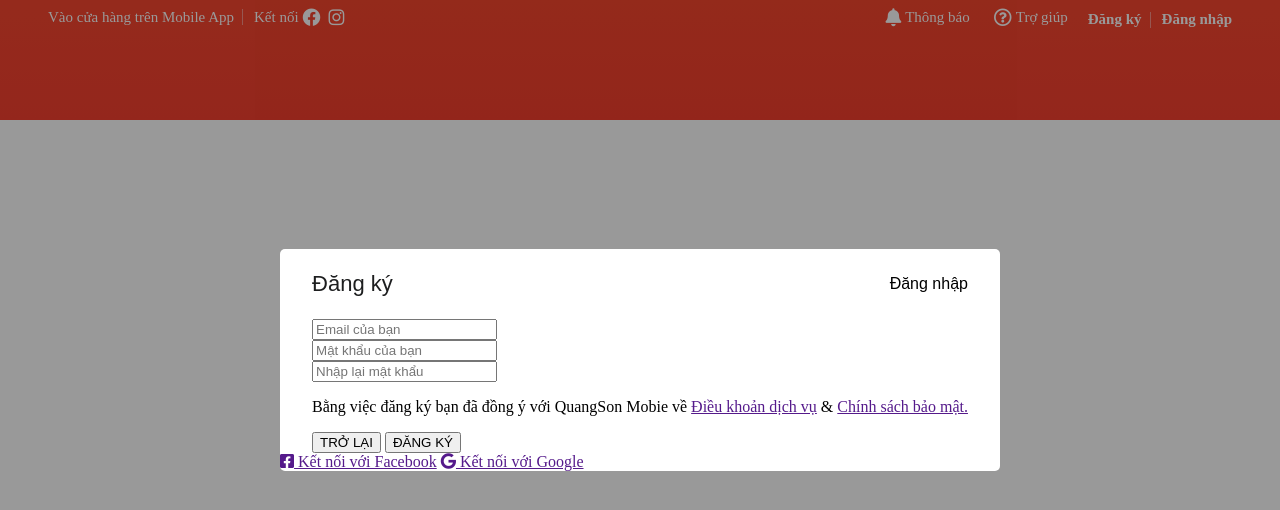
Repository: Qson412/BTL_Web
Page: index.html
The author's editor kept a copy of each file at every save. The page is drawn from the files as they stood at one save, then again after the next save.
The browser window is 1280 px wide. The pictures show the whole page.

Above is the page before, as saved 2021-11-29 11:13:05.

### index.html
<!DOCTYPE html>
<html lang="en">

<head>
    <meta charset="UTF-8">
    <meta http-equiv="X-UA-Compatible" content="IE=edge">
    <meta name="viewport" content="width=device-width, initial-scale=1.0">
    <link rel="stylesheet" href="./base.css">
    <link rel="stylesheet" href="./main.css">
    <link rel="stylesheet" href="./fontawesome-free-5.15.4-web/css/all.min.css">
    <title>Trang trủ</title>
</head>

<body>
    <div class="app">
        <!-- HEADER -->
        <header class="header">
            <div class="grid">
                <nav class="header__navbar">
                    <ul class="header__navbar-list">
                        <li class="header__navbar-item header__navbar-item--has-qr header__navbar-item--separate">
                            Vào cửa hàng trên Mobile App
                            <!--Link Dowloads App in QR, GG Play and AppStore-->
                            <div class="header__qr">
                                <img src="./uploads/qr_code.png" alt="QR code" class="header__qr-img">
                                <div class="header__qr-app">
                                    <!--Link Dowloads App in GG Play-->
                                    <a href="https://play.google.com/store/apps/details?id=com.shopee.vn&hl=vi&gl=US"
                                        class="header__qr-link"><img src="./uploads/gg_play.png" alt="Google Play"
                                            class="header__qr-dowloads-img"></a>
                                    <!--Link Dowloads App in AppStore-->
                                    <a href="https://apps.apple.com/vn/app/id959841449" class="header__qr-link"><img
                                            src="./uploads/appstore.png" alt="App Store"
                                            class="header__qr-dowloads-img"></a>
                                </div>
                            </div>
                        </li>
                        <li class="header__navbar-item">
                            <span class="header__navbar-title--no-poiter">Kết nối</span>
                            <a href="https://www.facebook.com/" class="header__navbar-icon-link"><i
                                    class="header__navbar-icon fab fa-facebook"></i></a>
                            <a href="https://www.instagram.com/" class="header__navbar-icon-link"><i
                                    class="header__navbar-icon fab fa-instagram"></i></a>
                        </li>
                    </ul>

                    <ul class="header__navbar-list">
                        <li class="header__navbar-item header__navbar-item--has-notify"><a href="" class="header__navbar-item-link">
                                <i class="header__navbar-icon fas fa-bell"></i>
                                Thông báo</a>
                                <!-- Header Notification-->
                                <div class="header__notify">
                                    <header class="header__notify-header">
                                        <h3> Thông báo mới nhận</h3>
                                    </header>
                                    <ul class="header__notify-list">
                                        <li class="header__notify-item header__notify-item--viewed">
                                            <a href="" class="header__notify-link">
                                                <img src="https://cf.shopee.vn/file/3096ba0dd1902385608dca97184bb28b_tn" alt="" class="header__notify-img">
                                                <div class="header__notify-info">
                                                    <span class="header__notify-name">
                                                        Dòng điện thoại SamSung chính hãng vừa ra mắt. </span>
                                                    <span class="header__notify-descriotion">
                                                        Mô tả: SamSung Galaxy Z Fold3 5G.
                                                    </span>
                                                </div>
                                            </a>
                                        </li>

                                        <li class="header__notify-item header__notify-item--viewed">
                                            <a href="" class="header__notify-link">
                                                <img src="https://cf.shopee.vn/file/98a817a6d4d54cbe3c3f241815fc9c8f" alt="" class="header__notify-img">
                                                <div class="header__notify-info">
                                                    <span class="header__notify-name">
                                                        Siêu sale hàng chính hãng cùng Oppo </span>
                                                    <span class="header__notify-descriotion">
                                                        Mô tả: OPPO RENO 6(8GB | 128GB) - Hàng chính hãng.
                                                    </span>
                                                </div>
                                            </a>
                                        </li>

                                        <li class="header__notify-item header__notify-item--viewed">
                                            <a href="" class="header__notify-link">
                                                <img src="https://cf.shopee.vn/file/cd2c1b70c092a7ce16bf17bdd33a638e" alt="" class="header__notify-img">
                                                <div class="header__notify-info">
                                                    <span class="header__notify-name">
                                                        Xiaomi đang giảm giá dòng sản phẩm mới với giá cực sốc.</span>
                                                    <span class="header__notify-descriotion">
                                                        Mô tả: Xiaomi Redmi 10(4GB|128GB) - Hàng chính hãng.
                                                    </span>
                                                </div>
                                            </a>
                                        </li>
                                    </ul>
                                    <footer class="header__notify-footer">
                                        <a href="" class="header__notify-footer-btn">Xem tất cả</a>
                                    </footer>
                                </div>
                        </li>
                        <li class="header__navbar-item"><a href="" class="header__navbar-item-link">
                                <i class="header__navbar-icon far fa-question-circle"></i>
                                Trợ giúp</a>
                        </li>
                        <li class="header__navbar-item header__navbar-item--strong header__navbar-item--separate">Đăng
                            ký</li>
                        <li class="header__navbar-item header__navbar-item--strong">Đăng nhập</li>
                    </ul>
                </nav>
            </div>

        </header>

        <div class="container">

        </div>

        <footer class="footer">

        </footer>
    </div>
    <!-- Modal Body-->
    <div class="modal">
        <div class="modal__overlay"> </div>

        <div class="modal__body">
            <div class="modal__inner">
               <!-- Regiser/Login Form-->
               <div class="auth-form">
                   <div class="auth-form__container">
                    <div class="auth-form__header">
                        <h3 class="auth-form__heading">Đăng ký</h3>
                        <span class="auth-form__switch-btn">Đăng nhập</span>
                    </div>

                    <div class="auth-form__form">
                        <div class="auth-form__group">
                            <input type="text" class="auth-form__input" placeholder="Email của bạn">
                        </div>
                        <div class="auth-form__group">
                            <input type="password" class="auth-form__input" placeholder="Mật khẩu của bạn">
                        </div>
                        <div class="auth-form__group">
                            <input type="password" class="auth-form__input" placeholder="Nhập lại mật khẩu">
                        </div>
                    </div>
                    <div class="auth-form__aside">
                        <p class="auth-form__policy-text">Bằng việc đăng ký bạn đã đồng ý với QuangSon Mobie về
                        <a href="" class="auth-form__policy-link">Điều khoản dịch vụ</a> &
                        <a href="" class="auth-form__policy-link">Chính sách bảo mật.</a>
                        </p>
                    </div>
                    <div class="auth-form__controls">
                        <button class="btn">TRỞ LẠI</button>
                        <button class="btn btn--primary">ĐĂNG KÝ</button>
                    </div>
                   </div>

                    <div class="auth-form__socials">
                        <a href="" class="btn btn--with-icon">
                            <i class="fab fa-facebook-square"></i>
                            Kết nối với Facebook</a>
                        <a href="" class="btn btn--with-icon">
                            <i class="fab fa-google"></i>
                            Kết nối với Google</a>
                    </div>
               </div>
            </div>
        </div>
    </div>
</body>

</html>

### base.css
body{
    margin: 0;
    padding: 0;
}
.grid{
    width: 1200px;
    max-width: 100%;
    margin: 0 auto;
}

/* Animation */
@keyframes fadeIn{
    from{
        opacity: 0;
    }
    to{
        opacity: 1;
    }
}
/* Bien ma mau*/
:root{
    --primary-color: #ee4d2d;
}

/* Modal */
.modal{
    position: fixed;
    top: 0;
    right: 0;
    left: 0;
    bottom: 0;
    display: flex;
}

.modal__overlay{
    position: absolute;
    width: 100%;
    height: 100%;
    background-color: rgba(0,0,0, 0.4);
}

.modal__body{
    z-index: 1;
    position: relative;
   background-color: white;
    margin: auto;
    border-radius: 5px;
}

### main.css
.header{

    height: 120px;
    background-image: linear-gradient(0, #f63f2e, #f7462e);
}
.header__navbar{
    display: flex;
    justify-content: space-between;
}
.header__navbar-list{
    list-style: none;
    padding-left: 0;
    margin-top: 4px;
}

.header__navbar-icon-link{
    color: white;
    text-decoration: none;
}

.header__navbar-icon{
    font-size: 18px;
    margin: 0 4px;
}
.header__navbar-item{
    margin: 0 8px ;
    position: relative;
    min-height: 26px;
}
.header__navbar-item--has-qr:hover .header__qr{
    display: block;
}
.header__navbar-item--has-notify:hover .header__notify{
    display: block;
}
.header__navbar-item,
.header__navbar-item-link{
    display: inline-block;
    font-size: 15px;
    color: white;
    text-decoration: none;
   font-family: 'Times New Roman', Times, serif;
}
.header__navbar-item:hover,
.header__navbar-icon-link:hover,
.header__navbar-item-link:hover{
    cursor: pointer;
    color: rgba(255, 255, 255, 0.7);
}

.header__navbar-item,
.header__navbar-item-link,
.header__navbar-icon-link{
    display: inline-flex;
    align-items: center;
}
.header__navbar-item--strong{
    font-weight: 900;
}

.header__navbar-item--separate::after{
    content: "";
    display: block;
    position: absolute;
    border-left: 1px solid #FB9086;
    height: 16px;
    right: -9px;
    top: 50%;
    transform: translateY(-50%);
}

.header__navbar-title--no-poiter{
    cursor: text;
    color: white;
}

/* Header QR code */
.header__qr{
    width: 175px;
    background-color: white ;
    position: absolute;
    left: 0;
    top: 118%;
    padding: 8px;
    border-radius: 2px;
    display: none;
    animation: fadeIn ease-in 0.5s;
}
.header__qr::before{
    position: absolute;
    left: 0;
    top: -16px;
    width: 100%;
    height: 20px;
    content: "";
    display: block;
}
.header__qr-img{
    width: 100%;
}

.header__qr-app{
    display: flex;
    justify-content: space-between;
    /* width: 100%;*/
}

.header__qr-link:nth-child(1){
    margin-left: 11px;
}
.header__qr-link:nth-child(2){
    margin-right: 11px;
}
.header__qr-dowloads-img{
    height: 16px;
}
/* HEADER NOTI.fication */
.header__notify{
    position: absolute;
    top: 118%;
    width: 404px;
    border: 1px solid #d3d3d3;
    background-color: white;
    right: 0;
    cursor: default;
    transform-origin: calc(100% - 20px) top ;
    animation: headerNotifyGrowth ease-in 0.2s;
    /* Mo rong animation trong truong hop 1 so Web không ho tro Animation */
    -webkit-animation: headerNotifyGrowth ease-in 0.2s;
    will-change: opacity, transform;
    display: none;
}

.header__notify::before{
    content: "";
    border-width: 20px 27px;
    border-style: solid;
    border-color: transparent transparent white transparent;
    position: absolute;
    right: 4px;
    top: -28px;
}

.header__notify::after{
    content: "";
    display: block;
    position: absolute;
    width: 90px;
    height: 20px;
    right: 0;
    top: -16px;
}
@keyframes headerNotifyGrowth{
    from{
        opacity: 0;
        transform: scale(0);
    }
    to{
        opacity: 1;
        transform: scale(1);
    }
}
.header__notify-header{
    height: 40px;
    background-color: white;
}

.header__notify-header h3{
    color: #999;
    margin:0 0 0 12px;
    font-weight: 400;
    font-size: 15px;
    line-height: 40px;
    user-select: none;
}

.header__notify-list{
    padding-left: 0;
}

.header__notify-item{
    display: flex;
}

.header__notify-item:hover{
    background-color: #f7f7f7;
}
.header__notify-item--viewed{
    background-color: rgb(238, 75, 43 , 0.08);
}

.header__notify-link{
    display: flex;
    width: 100%;
    padding: 12px;
    text-decoration: none;
    background-color: rgb(238, 77, 45 , 0.08);
}

.header__notify-img{
    width: 50px;
    object-fit: contain;
}

.header__notify-info{
    margin-left: 12px;
}

.header__notify-name{
    display:block;
    font-size: 14px;
    color: black;
    font-weight: 400;
    line-height: 1.2rem;
}

.header__notify-descriotion{
    display: block;
    font-size: 12px;
    color: #756f6e;
    line-height: 1.6rem;
}

.header__notify-footer{
    display: flex;
}

.header__notify-footer-btn{
    text-decoration: none;
    color: #272626;
    width: 100%;
    padding: 8px 0;
    text-align: center;
}

/* Authel Modal */
.auth-form__container{
    padding: 0 32px;
}

.auth-form__header{
    display: flex;
    align-items: center;
    justify-content: space-between;
    font-family: Arial, Helvetica, sans-serif;
}

.auth-form__heading{
    font-size: 22px;
    font-weight: 500;
    color: rgb(29, 30, 31);
}

Loaded but not shown: fontawesome-free-5.15.4-web/css/all.min.css (library)

After the next save:
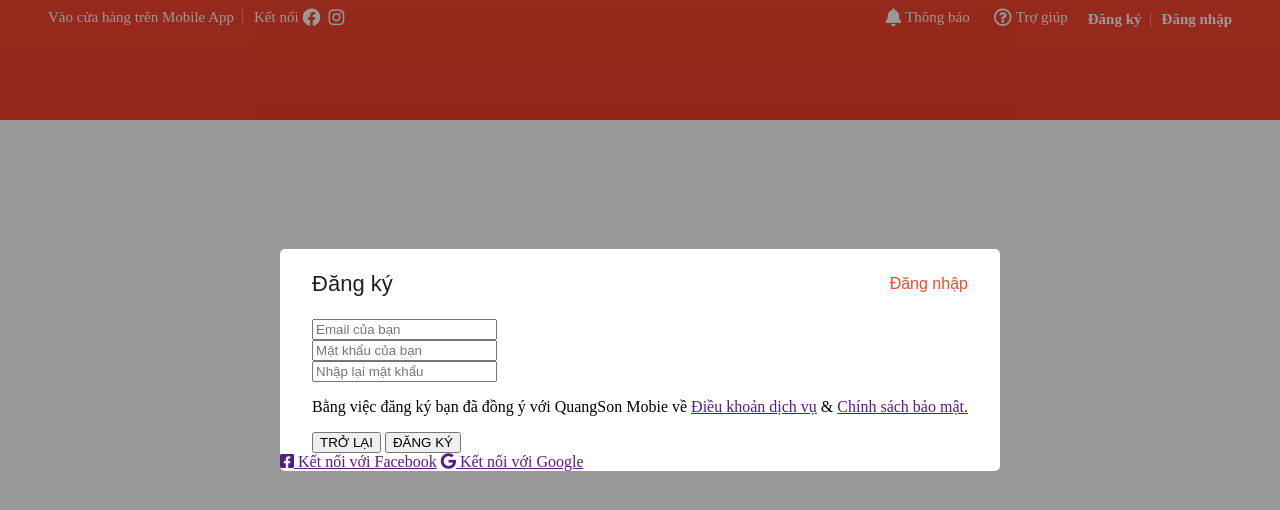
Saved 7 s later.
--- a/main.css
+++ b/main.css
@@ -250,3 +250,8 @@
     font-weight: 500;
     color: rgb(29, 30, 31);
 }
+
+.auth-form__switch-btn{
+    font-size: 16px;
+    color: var(--primary-color);
+}
